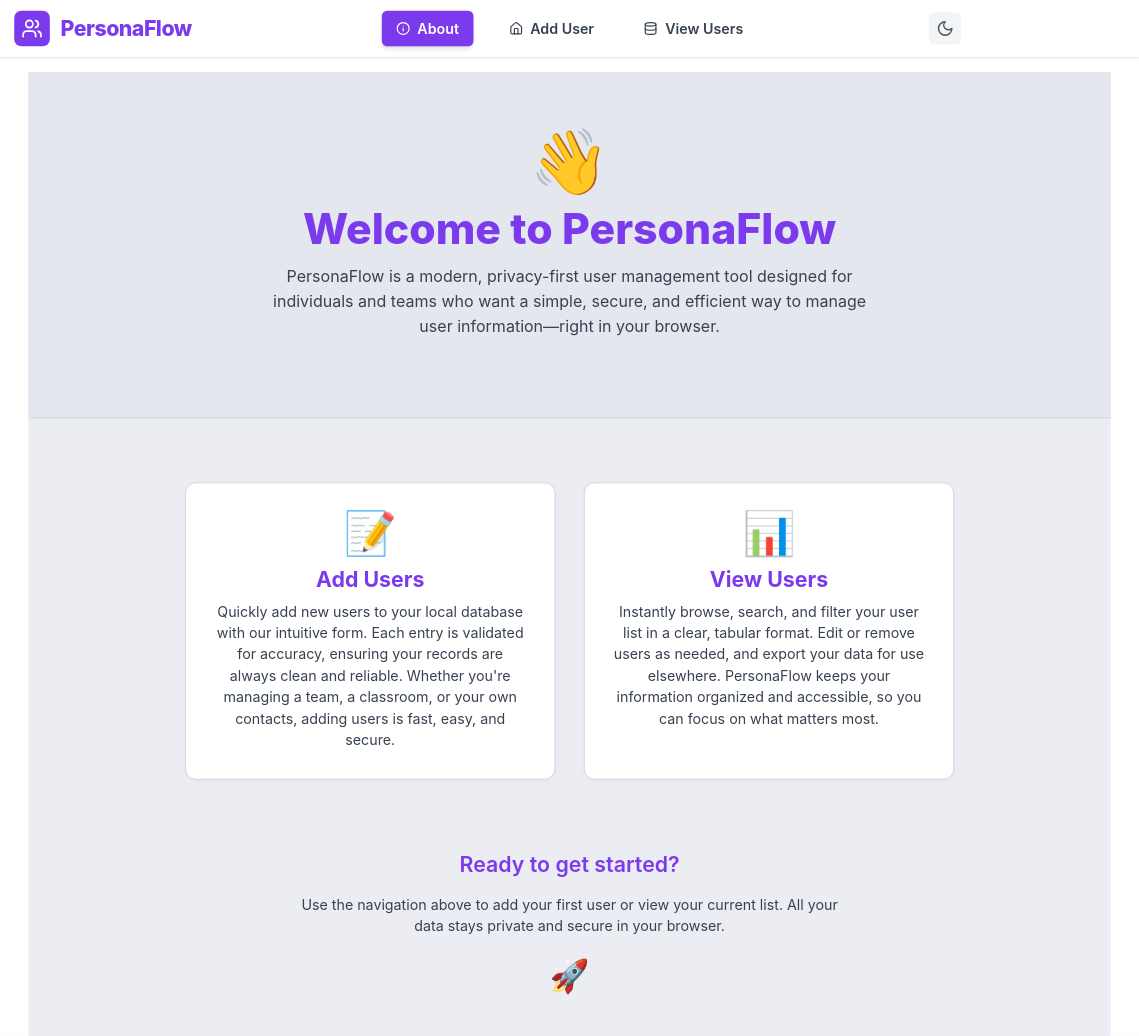
Repository: nikunjagarwal05/PersonaFlow
Page: /
These files come from the project's save history. The page is drawn as it stood at one moment and after the next save; the edit follows.
The browser window is 1280 px wide. The pictures show the whole page, at 89% of full size.
The project was rebuilt for these pictures with package versions that can differ from the ones it lists, and the page was loaded fresh each time. Also part of the build but not shown: vite.config.ts, src/components/Toast.jsx, src/components/UserForm.jsx, src/utils/localStorage.js, src/pages/Home.jsx, src/components/UserTable.jsx, src/components/SearchBar.jsx, src/components/Pagination.jsx and 2 more.

Above is the page before, as saved 2025-06-12 13:07:10.

### index.html
<!doctype html>
<html lang="en" class="scroll-smooth">
  <head>
    <meta charset="UTF-8" />
    <link rel="icon" type="image/svg+xml" href="/vite.svg" />
    <meta name="viewport" content="width=device-width, initial-scale=1.0" />
    <meta
      name="description"
      content="PersonaFlow - A professional user management system with advanced data handling capabilities"
    />
    <meta
      name="keywords"
      content="user management, data management, professional design, React, JavaScript"
    />
    <meta name="author" content="PersonaFlow Team" />

    <!-- Open Graph / Facebook -->
    <meta property="og:type" content="website" />
    <meta property="og:title" content="PersonaFlow - Professional User Management" />
    <meta property="og:description" content="Manage users with our professional, clean interface" />

    <!-- Twitter -->
    <meta property="twitter:card" content="summary_large_image" />
    <meta property="twitter:title" content="PersonaFlow - Professional User Management" />
    <meta property="twitter:description" content="Manage users with our professional, clean interface" />

    <title>PersonaFlow - User Management System</title>

    <!-- Google Translate Script (added safely) -->
    <script
      src="//translate.google.com/translate_a/element.js?cb=googleTranslateElementInit"
      async
      defer
    ></script>

    <script>
      function googleTranslateElementInit() {
        new google.translate.TranslateElement(
          {
            pageLanguage: 'en',
            includedLanguages: 'en,hi,fr,de,es,zh',
            layout: google.translate.TranslateElement.InlineLayout.SIMPLE
          },
          'google_translate_element'
        );
      }
    </script>
  </head>

  <body class="bg-white dark:bg-gray-900 text-gray-800 dark:text-gray-100">
    <noscript>
      <p class="text-center text-red-500 font-semibold">
        JavaScript is required to run this site properly.
      </p>
    </noscript>

    <div id="root"></div>
    <script type="module" src="/src/main.jsx"></script>
  </body>
</html>

### src/App.jsx
import React, { useState, useEffect } from 'react';
import { BrowserRouter as Router, Routes, Route } from 'react-router-dom';

import { ToastProvider } from './components/ToastContainer';
import Navbar from './components/Navbar';
import Home from './pages/Home';
import ViewData from './pages/ViewData';
import About from './pages/About';

function App() {
  const [darkMode, setDarkMode] = useState(() => {
    const saved = localStorage.getItem('darkMode');
    return saved ? JSON.parse(saved) : false;
  });

  useEffect(() => {
    localStorage.setItem('darkMode', JSON.stringify(darkMode));
    if (darkMode) {
      document.documentElement.classList.add('dark');
    } else {
      document.documentElement.classList.remove('dark');
    }

  }, [darkMode]);

  const toggleDarkMode = () => setDarkMode(!darkMode);

  return (
    <div className={`min-h-screen transition-colors duration-300 ${darkMode ? 'dark' : ''}`}>
      <ToastProvider>
        <Router>
          <Navbar darkMode={darkMode} toggleDarkMode={toggleDarkMode} />
          <main className="pt-4 px-4 sm:px-6 lg:px-8">
            <Routes>
              <Route path="/" element={<About />} />
              <Route path="/add" element={<Home />} />
              <Route path="/view" element={<ViewData />} />
            </Routes>
          </main>
        </Router>
      </ToastProvider>
    </div>
  );
}

export default App;

### src/index.css
@tailwind base;
@tailwind components;
@tailwind utilities;

@layer base {
  html {
    scroll-behavior: smooth;
  }

  body {
    font-family: -apple-system, BlinkMacSystemFont, 'Segoe UI', 'Roboto', 'Oxygen',
      'Ubuntu', 'Cantarell', 'Fira Sans', 'Droid Sans', 'Helvetica Neue',
      sans-serif;
    -webkit-font-smoothing: antialiased;
    -moz-osx-font-smoothing: grayscale;
    background-color: theme('colors.lightbg');
    color: theme('colors.gray.900');
    top: 0 !important;
  }

  .card {
    background-color: theme('colors.lightcard');
    border: 1px solid theme('colors.lightborder');
    border-radius: 0.75rem;
    box-shadow: 0 2px 8px rgba(0, 0, 0, 0.03);
  }

  .dark body {
    background-color: theme('colors.gray.900');
    color: theme('colors.gray.100');
  }

  .dark .card {
    background-color: theme('colors.gray.800');
    border: 1px solid theme('colors.gray.700');
  }
}

@layer utilities {
  /* Animations */
  .animate-slide-in {
    animation: slideIn 0.3s ease-out;
  }

  .animate-fade-in {
    animation: fadeIn 0.2s ease-out;
  }

  /* Buttons */
  .btn-hover {
    transition: all 0.2s ease-in-out;
  }

  .btn-hover:hover {
    transform: translateY(-1px);
    box-shadow: 0 4px 12px rgba(0, 0, 0, 0.15);
  }

  /* Cards */
  .card-hover {
    transition: all 0.2s ease-in-out;
  }

  .card-hover:hover {
    transform: translateY(-2px);
    box-shadow: 0 8px 25px rgba(0, 0, 0, 0.1);
  }

  /* Forms */
  .form-input {
    transition: all 0.2s ease-in-out;
  }

  .form-input:focus {
    transform: translateY(-1px);
  }

  /* Tables */
  .table-row {
    transition: all 0.2s ease-in-out;
  }

  .table-row:hover {
    transform: scale(1.01);
  }

  /* Accent buttons and links */
  .btn-accent {
    background-color: theme('colors.accent.DEFAULT');
    color: #fff;
  }

  .btn-accent:hover {
    background-color: theme('colors.accent.dark');
  }

  .link-accent {
    color: theme('colors.accent.DEFAULT');
  }

  .link-accent:hover {
    color: theme('colors.accent.dark');
  }

  .dark .btn-accent {
    background-color: theme('colors.darkaccent.DEFAULT');
    color: #fff;
  }

  .dark .btn-accent:hover {
    background-color: theme('colors.darkaccent.dark');
  }

  .dark .link-accent {
    color: theme('colors.darkaccent.DEFAULT');
  }

  .dark .link-accent:hover {
    color: theme('colors.darkaccent.dark');
  }

  /* Spinner */
  .loading-spinner {
    border: 3px solid rgba(59, 130, 246, 0.3);
    border-top: 3px solid #3b82f6;
    border-radius: 50%;
    width: 24px;
    height: 24px;
    animation: spin 1s linear infinite;
  }

  /* Scrollbar */
  ::-webkit-scrollbar {
    width: 8px;
  }

  ::-webkit-scrollbar-track {
    background: rgba(0, 0, 0, 0.1);
    border-radius: 10px;
  }

  ::-webkit-scrollbar-thumb {
    background: #3b82f6;
    border-radius: 10px;
  }

  ::-webkit-scrollbar-thumb:hover {
    background: #2563eb;
  }

  /* Text Selection */
  ::selection {
    background: rgba(59, 130, 246, 0.3);
    color: white;
  }

  /* Input focus */
  input:focus,
  select:focus,
  textarea:focus {
    outline: none;
    box-shadow: 0 0 0 3px rgba(59, 130, 246, 0.3);
  }

  /* Accessibility */
  @media (prefers-contrast: high) {
    .bg-gradient-to-r {
      background: solid;
    }
  }

  @media (prefers-reduced-motion: reduce) {
    * {
      animation-duration: 0.01ms !important;
      animation-iteration-count: 1 !important;
      transition-duration: 0.01ms !important;
    }

    .animate-slide-in,
    .animate-fade-in {
      animation: none;
    }
  }

  /* Mobile override */
  @media (max-width: 768px) {
    .animate-slide-in {
      animation: slideInMobile 0.3s ease-out;
    }
  }
}

/* Keyframes */
@keyframes slideIn {
  from {
    opacity: 0;
    transform: translateX(100%);
  }
  to {
    opacity: 1;
    transform: translateX(0);
  }
}

@keyframes fadeIn {
  from {
    opacity: 0;
  }
  to {
    opacity: 1;
  }
}

@keyframes slideInMobile {
  from {
    opacity: 0;
    transform: translateY(20px);
  }
  to {
    opacity: 1;
    transform: translateY(0);
  }
}

@keyframes spin {
  0% {
    transform: rotate(0deg);
  }
  100% {
    transform: rotate(360deg);
  }
}

### src/components/ToastContainer.jsx
import React, { createContext, useContext, useState, useCallback } from 'react';
import Toast from './Toast';

// ToastContainer provides context and renders toasts
const ToastContext = createContext(undefined);

export const useToast = () => {
  const context = useContext(ToastContext);
  if (!context) {
    throw new Error('useToast must be used within a ToastProvider');
  }
  return context;
};

export const ToastProvider = ({ children }) => {
  const [toasts, setToasts] = useState([]);

  const showToast = useCallback((toast) => {
    const id = crypto.randomUUID();
    const newToast = {
      ...toast,
      id,
      onClose: removeToast,
    };
    setToasts(prev => [...prev, newToast]);
  }, []);

  const removeToast = useCallback((id) => {
    setToasts(prev => prev.filter(toast => toast.id !== id));
  }, []);

  return (
    <ToastContext.Provider value={{ showToast }}>
      {children}
      <div className="fixed top-4 right-4 z-50 space-y-2 max-w-sm">
        {toasts.map(toast => (
          <Toast key={toast.id} {...toast} />
        ))}
      </div>
    </ToastContext.Provider>
  );
};

### src/components/Navbar.jsx
import React from 'react';
import { Link, useLocation } from 'react-router-dom';
import { Home, Database, Moon, Sun, Users, Info } from 'lucide-react';
import useGoogleTranslate from '../hooks/useGoogleTranslate';

const Navbar = ({ darkMode, toggleDarkMode }) => {
  const location = useLocation();
  useGoogleTranslate();

  return (
    <nav className="sticky top-0 z-40 bg-white dark:bg-gray-900 border-b border-gray-200 dark:border-gray-700 shadow-sm">
      <div className="max-w-7xl mx-auto flex justify-between items-center h-16 w-full px-4">
        {/* Left side */}
        <div className="flex items-center space-x-3 min-w-[220px]">
          <div className="p-2 bg-accent dark:bg-darkaccent rounded-lg">
            <Users className="w-6 h-6 text-white" />
          </div>
          <h1 className="text-2xl font-extrabold text-accent dark:text-darkaccent-light tracking-tight">
            PersonaFlow
          </h1>
        </div>

        {/* Center Links */}
        <div className="hidden md:flex items-center space-x-6">
          <Link
            to="/"
            className={`px-4 py-2 rounded-md font-semibold flex items-center space-x-2 ${
              location.pathname === '/'
                ? 'bg-accent dark:bg-darkaccent text-white shadow-md'
                : 'text-gray-700 dark:text-gray-300 hover:bg-gray-100 dark:hover:bg-gray-800'
            }`}
          >
            <Info className="w-4 h-4" />
            <span>About</span>
          </Link>
          <Link
            to="/add"
            className={`px-4 py-2 rounded-md font-semibold flex items-center space-x-2 ${
              location.pathname === '/add'
                ? 'bg-accent dark:bg-darkaccent text-white shadow-md'
                : 'text-gray-700 dark:text-gray-300 hover:bg-gray-100 dark:hover:bg-gray-800'
            }`}
          >
            <Home className="w-4 h-4" />
            <span>Add User</span>
          </Link>
          <Link
            to="/view"
            className={`px-4 py-2 rounded-md font-semibold flex items-center space-x-2 ${
              location.pathname === '/view'
                ? 'bg-accent dark:bg-darkaccent text-white shadow-md'
                : 'text-gray-700 dark:text-gray-300 hover:bg-gray-100 dark:hover:bg-gray-800'
            }`}
          >
            <Database className="w-4 h-4" />
            <span>View Users</span>
          </Link>
        </div>

        <div className='flex justify-center items-center gap-10'>
          {/* Right Side - Dark Mode + Translate */}
          <div className="flex items-center space-x-3">
            <button
              onClick={toggleDarkMode}
              className="p-2 rounded-md bg-gray-100 dark:bg-gray-800 hover:bg-gray-200 dark:hover:bg-gray-700"
              aria-label="Toggle dark mode"
            >
              {darkMode ? (
                <Sun className="w-5 h-5 text-yellow-500" />
              ) : (
                <Moon className="w-5 h-5 text-gray-600" />
              )}
            </button>
          </div>

          <div id="translator-wrapper" className="relative w-36 h-8 overflow-hidden">
            <div id="google_translate_element" className="absolute top-0 left-0 scale-90 origin-top-left"></div>
          </div>

        </div>

      </div>
    </nav>
  );
};

export default Navbar;

### src/pages/About.jsx
import React from 'react';

// About page: Explains the website and its main features in depth
const About = () => {
  return (
    <div className="min-h-screen bg-lightbg dark:bg-gray-900 text-gray-900 dark:text-gray-100">
      {/* Hero Section */}
      <section className="w-full py-16 bg-lightcard dark:bg-gray-800 border-b border-lightborder dark:border-gray-700 mb-10">
        <div className="max-w-3xl mx-auto px-4 flex flex-col items-center text-center">
          <span className="inline-block text-7xl mb-4">👋</span>
          <h1 className="text-4xl sm:text-5xl font-extrabold text-accent dark:text-accent-light mb-4">Welcome to PersonaFlow</h1>
          <p className="text-lg text-gray-700 dark:text-gray-200 max-w-2xl mb-6">
            PersonaFlow is a modern, privacy-first user management tool designed for individuals and teams who want a simple, secure, and efficient way to manage user information—right in your browser.
          </p>
        </div>
      </section>

      {/* Features Section */}
      <section className="max-w-4xl mx-auto px-4 py-8 grid grid-cols-1 md:grid-cols-2 gap-8">
        {/* Add Users Feature */}
        <div className="bg-white dark:bg-gray-800 card p-8 flex flex-col items-center text-center">
          <span className="text-5xl mb-3">📝</span>
          <h2 className="text-2xl font-bold text-accent dark:text-accent-light mb-2">Add Users</h2>
          <p className="text-gray-700 dark:text-gray-200">
            Quickly add new users to your local database with our intuitive form. Each entry is validated for accuracy, ensuring your records are always clean and reliable. Whether you're managing a team, a classroom, or your own contacts, adding users is fast, easy, and secure.
          </p>
        </div>
        {/* View Users Feature */}
        <div className="bg-white dark:bg-gray-800 card p-8 flex flex-col items-center text-center">
          <span className="text-5xl mb-3">📊</span>
          <h2 className="text-2xl font-bold text-accent dark:text-accent-light mb-2">View Users</h2>
          <p className="text-gray-700 dark:text-gray-200">
            Instantly browse, search, and filter your user list in a clear, tabular format. Edit or remove users as needed, and export your data for use elsewhere. PersonaFlow keeps your information organized and accessible, so you can focus on what matters most.
          </p>
        </div>
      </section>

      {/* Call to Action */}
      <section className="max-w-2xl mx-auto px-4 py-12 text-center">
        <h3 className="text-2xl font-semibold mb-4 text-accent dark:text-accent-light">Ready to get started?</h3>
        <p className="text-gray-700 dark:text-gray-200 mb-6">
          Use the navigation above to add your first user or view your current list. All your data stays private and secure in your browser.
        </p>
        <span className="inline-block text-4xl">🚀</span>
      </section>
    </div>
  );
};

export default About;

### src/hooks/useGoogleTranslate.js
import { useEffect } from 'react';

const useGoogleTranslate = () => {
    useEffect(() => {
        const existingScript = document.getElementById('google-translate-script');
        const existingElement = document.getElementById('google_translate_element');

        // Avoid re-adding script if already loaded
        if (!existingScript) {
        const script = document.createElement('script');
        script.id = 'google-translate-script';
        script.src = '//translate.google.com/translate_a/element.js?cb=googleTranslateElementInit';
        script.async = true;
        document.body.appendChild(script);
        }

        // Init callback must be defined *before* script loads
        window.googleTranslateElementInit = () => {
            if (existingElement && !existingElement.innerHTML.trim()) {
                new window.google.translate.TranslateElement(
                {
                    pageLanguage: 'en',
                    includedLanguages: 'en,hi,fr,de,es,zh',
                    layout: window.google.translate.TranslateElement.InlineLayout.SIMPLE,
                },
                'google_translate_element'
                );
            }
        };
    }, []);
};

export default useGoogleTranslate;

### tailwind.config.js
/** @type {import('tailwindcss').Config} */
export default {
  content: ['./index.html', './src/**/*.{js,ts,jsx,tsx}'],
  theme: {
    extend: {
      colors: {
        lightbg: '#ececf3', // deeper, softer white for light mode
        lightcard: '#e5e7ef', // soft card
        lightborder: '#d1d5db',
        accent: {
          DEFAULT: '#7c3aed', // deep purple for light mode
          dark: '#6d28d9', // even deeper purple
          light: '#a78bfa', // lighter purple
        },
        darkaccent: {
          DEFAULT: '#06b6d4', // cyan/teal for dark mode
          dark: '#0e7490',
          light: '#67e8f9',
        },
      },
    },
  },
  plugins: [],
  darkMode: 'class',
};

Loaded but not shown: src/main.jsx (common file)

After the next save:
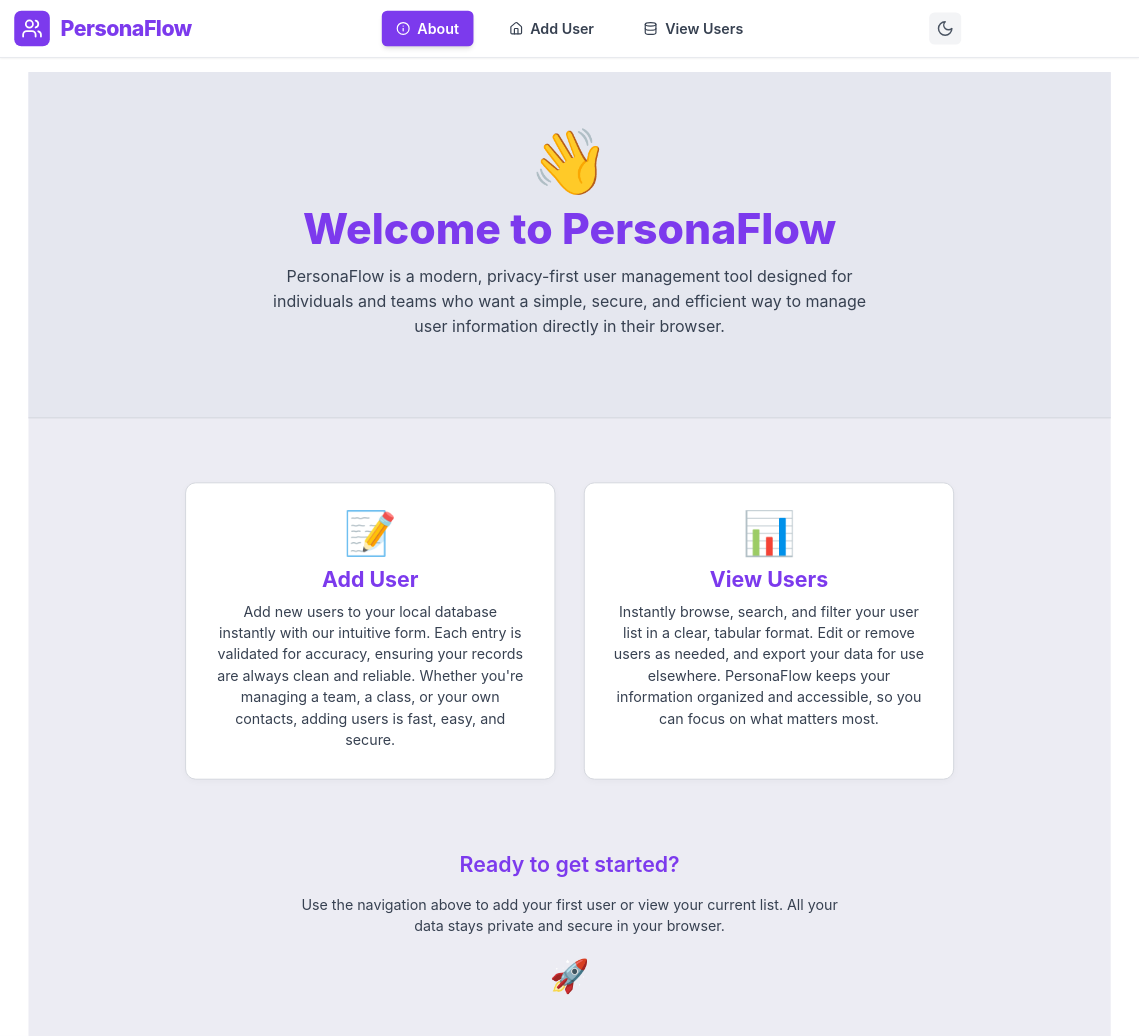
Saved 109 min 4 s later.
--- a/src/pages/About.jsx
+++ b/src/pages/About.jsx
@@ -10,7 +10,7 @@ const About = () => {
           <span className="inline-block text-7xl mb-4">👋</span>
           <h1 className="text-4xl sm:text-5xl font-extrabold text-accent dark:text-accent-light mb-4">Welcome to PersonaFlow</h1>
           <p className="text-lg text-gray-700 dark:text-gray-200 max-w-2xl mb-6">
-            PersonaFlow is a modern, privacy-first user management tool designed for individuals and teams who want a simple, secure, and efficient way to manage user information—right in your browser.
+            PersonaFlow is a modern, privacy-first user management tool designed for individuals and teams who want a simple, secure, and efficient way to manage user information directly in their browser.
           </p>
         </div>
       </section>
@@ -20,9 +20,9 @@ const About = () => {
         {/* Add Users Feature */}
         <div className="bg-white dark:bg-gray-800 card p-8 flex flex-col items-center text-center">
           <span className="text-5xl mb-3">📝</span>
-          <h2 className="text-2xl font-bold text-accent dark:text-accent-light mb-2">Add Users</h2>
+          <h2 className="text-2xl font-bold text-accent dark:text-accent-light mb-2">Add User</h2>
           <p className="text-gray-700 dark:text-gray-200">
-            Quickly add new users to your local database with our intuitive form. Each entry is validated for accuracy, ensuring your records are always clean and reliable. Whether you're managing a team, a classroom, or your own contacts, adding users is fast, easy, and secure.
+            Add new users to your local database instantly with our intuitive form. Each entry is validated for accuracy, ensuring your records are always clean and reliable. Whether you're managing a team, a class, or your own contacts, adding users is fast, easy, and secure.
           </p>
         </div>
         {/* View Users Feature */}
@@ -42,6 +42,8 @@ const About = () => {
           Use the navigation above to add your first user or view your current list. All your data stays private and secure in your browser.
         </p>
         <span className="inline-block text-4xl">🚀</span>
+
+
       </section>
     </div>
   );
